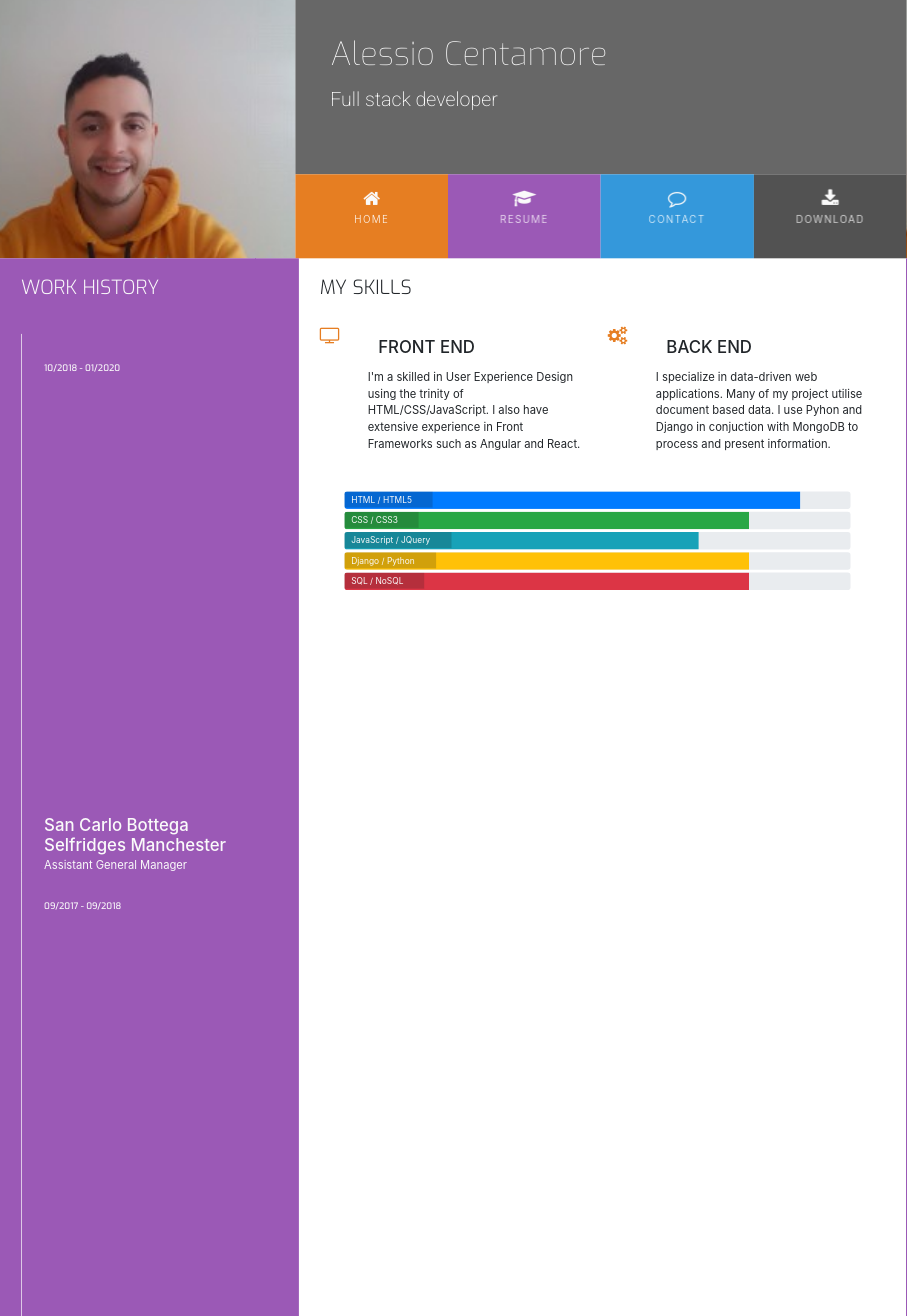
Repository: Baal89/Resume
Page: resume.html
The author's editor kept a record of every edit. The page is drawn from the files as they stood at one moment, then again after the next edit.
The browser window is 1280 px wide. The page is 1295 px wide, so the pictures cover 1295 px, including what lies to the right of the window. The pictures show the part of the page from y = 0 to 1880 px (the page is 2976 px tall), at 70% of full size.

Above is the page before.

After the next edit:
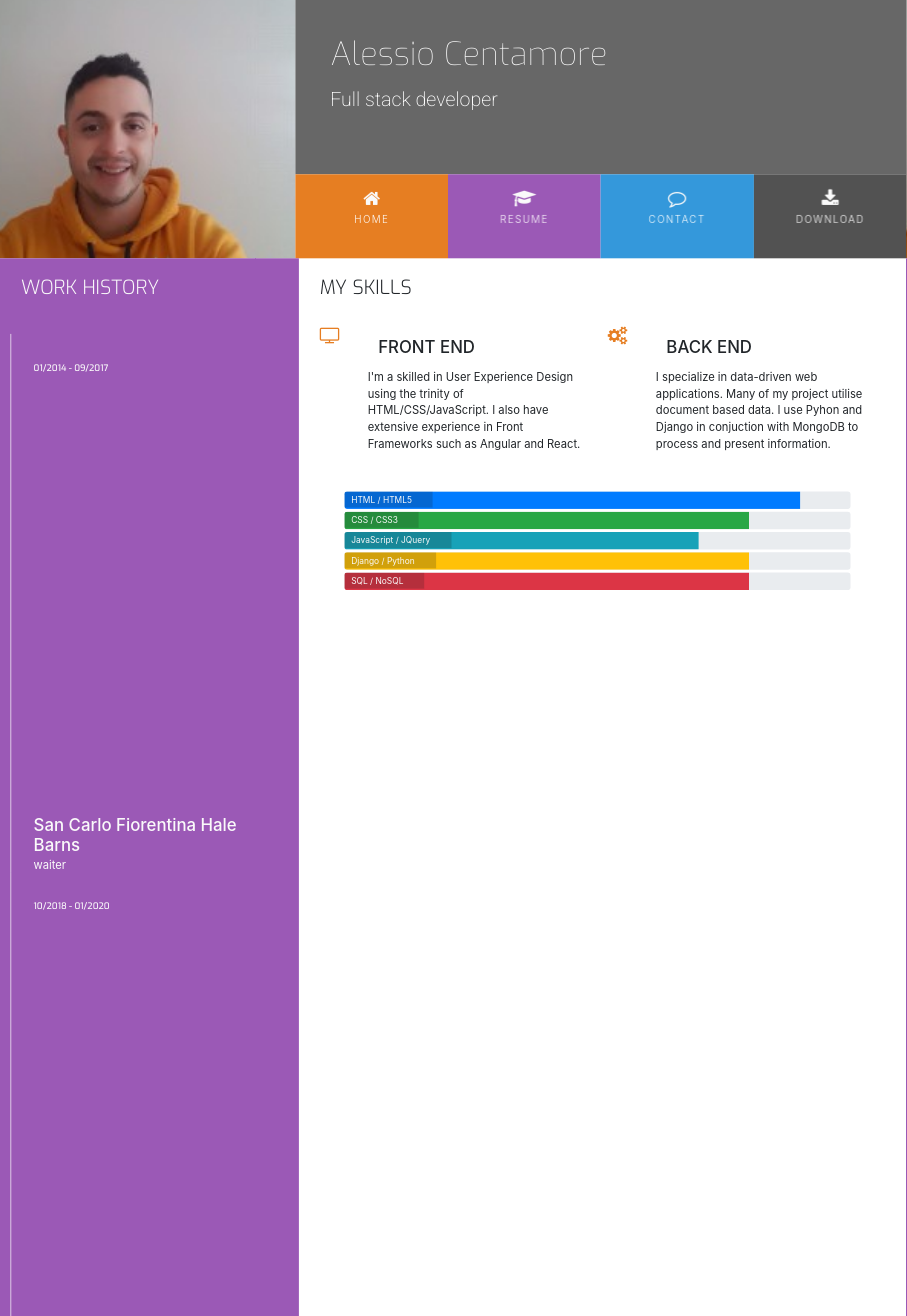
The edit:
--- a/resume.html
+++ b/resume.html
@@ -55,18 +55,18 @@
                     <div class="col-12">
                         <h3 class="history-heading uppercase">work history</h3>
                     </div>
-                </div>
-                <div class="timeline-item" data-dates="10/2018 - 01/2020">
-                    <h4>San Carlo Bottega Selfridges Manchester</h4>
-                    <p>Assistant General Manager</p>
-                </div>
-                <div class="timeline-item" data-dates="09/2017 - 09/2018">
-                    <h4>Artisan Living Ventures Restaurant</h4>
-                    <p>Head Waiter</p>
-                </div>
-                <div class="timeline-item" data-dates="01/2014 - 09/2017">
-                    <h4>San Carlo Fiorentina Hale Barns</h4>
-                    <p>waiter</p>
+                    <div class="timeline-item" data-dates="01/2014 - 09/2017">
+                        <h4>San Carlo Fiorentina Hale Barns</h4>
+                        <p>waiter</p>
+                    </div>
+                    <div class="timeline-item" data-dates="10/2018 - 01/2020">
+                        <h4>San Carlo Bottega Selfridges Manchester</h4>
+                        <p>Assistant General Manager</p>
+                    </div>
+                    <div class="timeline-item" data-dates="09/2017 - 09/2018">
+                        <h4>Artisan Living Ventures Restaurant Manchester</h4>
+                        <p>Head Waiter</p>
+                    </div>
                 </div>
             </div>
             <div class="col-md-8 color-three-reasons section-column">
